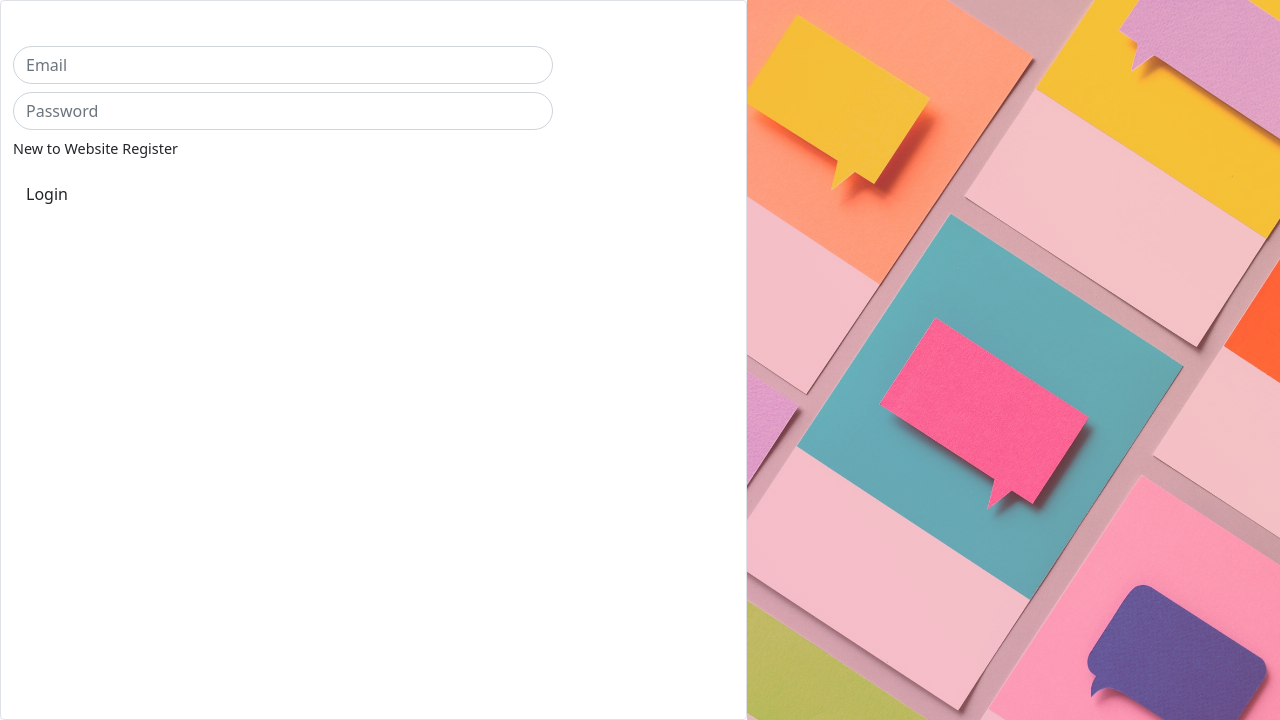
Repository: SaudCh/React-login
Page: /login
The author's editor kept a copy of each file at every save. The page is drawn from the files as they stood at one save, then again after the next save.
The browser window is 1280 px wide. The pictures show the whole page.
The project was rebuilt for these pictures with package versions that can differ from the ones it lists, and the page was loaded fresh each time. Also part of the build but not shown: src/Components/Register/RegsiterCss.js, src/Components/Register/RegisterValidation.js, src/Components/Register/Register.jsx, src/Components/Home/Home.jsx.

Above is the page before, as saved 2022-02-06 12:21:44.

### src/App.js
import Login from './Components/Login/Login';
import Register from './Components/Register/Register'
import '../node_modules/bootstrap/dist/css/bootstrap.min.css'
import { Routes, Route } from 'react-router-dom'
import Home from './Components/Home/Home';

function App() {
  return (
    <Routes>
      <Route path="login" element={<Login />} />
      <Route path="register" element={<Register />} />
      <Route path="/" element={<Home />} />
      <Route path="*" element={<Register />} />
    </Routes >
  );
}

export default App;

### src/Components/Login/Login.jsx
import React, { useState } from "react";
import "./Login.css";
import { formStyle } from "./logincss";
import axios from "axios";
import { loginValidation } from "./loginValidation";

export default function Login() {
  const [email, setEmail] = useState();
  const [password, setPassword] = useState();
  const [error, setError] = useState("");

  const formSubmit = (e) => {
    setError("");
    e.preventDefault();
    const data = {
      email: email,
      password: password,
    };

    const errors = loginValidation(data);

    if (Object.keys(errors).length !== 0) {
      setError(errors);
      return;
    }

    axios
      .post("http://localhost:5000/api/user/login", data)
      .then(function (response) {
        console.log(response);
      })
      .catch(function (error) {
        let err;
        if (error.response) {
          err = error.response.data.message;
        } else if (error.request) {
          err = error.toJSON().message;
        } else {
          err = error.message;
        }
        setError({ api: err });
      });
  };

  return (
    <div>
      <div className="container-fluid">
        <div className="row">
          <div className="col-10 col-md-7 border rounded">
            <form onSubmit={formSubmit} className="col-9">
              {error.api && <p className="text-danger p-0 m-0">{error.api}</p>}
              <div className="my-2">
                <h4 className="text-white">Login </h4>
              </div>
              <div className="form-group my-2">
                <input
                  style={formStyle}
                  value={email}
                  onChange={(email) => setEmail(email.target.value)}
                  type="email"
                  class="form-control"
                  id="email"
                  placeholder={"Email"}
                />
                {error.email && (
                  <p className="text-danger p-0 m-0">{error.email}</p>
                )}
              </div>
              <div className="form-group my-2">
                <input
                  style={formStyle}
                  value={password}
                  onChange={(password) => setPassword(password.target.value)}
                  type="password"
                  class="form-control"
                  id="password"
                  placeholder="Password"
                />
                {error.password && (
                  <p className="text-danger p-0 m-0">{error.password}</p>
                )}
              </div>
              <div className="my-2">
                <div>
                  <p className="align-right" style={{ fontSize: "0.9rem" }}>
                    New to Website <span>Register</span>
                  </p>
                </div>
                <button className="btn" style={{ backgroundColor: "white" }}>
                  Login
                </button>
              </div>
            </form>
          </div>
          <div className="col-md-5 login-background-image "></div>
        </div>
      </div>
    </div>
  );
}

### src/Components/Login/Login.css
:root {
  --primary: rgba(254, 113, 145, 0.4);
  --secondary: rgba(255, 133, 133, 0.4);
}
.login-background-image {
  height: 100vh;
  width: 100vw;

  background: linear-gradient(to top right, var(--primary), var(--secondary)),
    url("../Images/back.jpg") no-repeat center center / cover;
}

input:hover,
input:active,
input:focus,
input:-webkit-autofill {
  outline: 0px !important;
  -webkit-appearance: none;
  box-shadow: none !important;
}
input:-webkit-autofill,
input:-webkit-autofill:focus {
  transition: background-color 600000s 0s, color 600000s 0s;
}

### src/Components/Login/logincss.js
export const formStyle = {
    backgroundColor: "transparent",
    borderRadius: 25,
};

### src/Components/Login/loginValidation.js
export const loginValidation = (data) => {
    let errors = {};

    if (!data.email) {
        errors.email = "Email Is Required."
    }
    else if (!/\S+@\S+\.\S+/.test(data.email)) {
        errors.email = "Invalid Email"
    }
    if (!data.password) {
        errors.password = "Password is required."
    }
    else if (data.password.length < 6) {
        errors.password = "Password Must be more than Six Characters"
    }
    return errors;

}

### src/Components/Register/Register.css
.background-image {
  background-image: linear-gradient(rgba(0, 0, 0, 0.2), rgba(0, 0, 0, 0.2)),
    url("../Images/back.jpg");
  background-position: center;
  background-repeat: no-repeat;
  background-size: cover;

  height: 100vh;
  justify-content: center;
  align-items: center;

  position: relative;
  z-index: 1;
}
.background-image::before {
  content: "";
  position: absolute;
  background: inherit;
  top: 0;
  bottom: 0;
  left: 0;
  right: 0;
  filter: blur(1px);
  z-index: -1;
}

.background-text {
  padding: 20px 0px;
  display: flex;
  justify-content: center;
  align-items: center;

  box-shadow: 0 0 1rem 0 rgba(0, 0, 0, 0.2);
  position: relative;
  background: inherit;
  z-index: 1;
}
.background-text::before {
  content: "";
  position: absolute;
  background: inherit;
  top: 0;
  bottom: 0;
  left: 0;
  right: 0;
  box-shadow: inset 0 0 2000px rgba(255, 255, 255, 0.3);
  /* filter: blur(1px); */
  z-index: -1;
}

input:hover,
input:active,
input:focus,
input:-webkit-autofill {
  outline: 0px !important;
  -webkit-appearance: none;
  box-shadow: none !important;
}
input:-webkit-autofill,
input:-webkit-autofill:focus {
  transition: background-color 600000s 0s, color 600000s 0s;
}

Loaded but not shown: public/index.html (common file); src/index.js (common file); src/index.css (common file); src/reportWebVitals.js (common file)

After the next save:
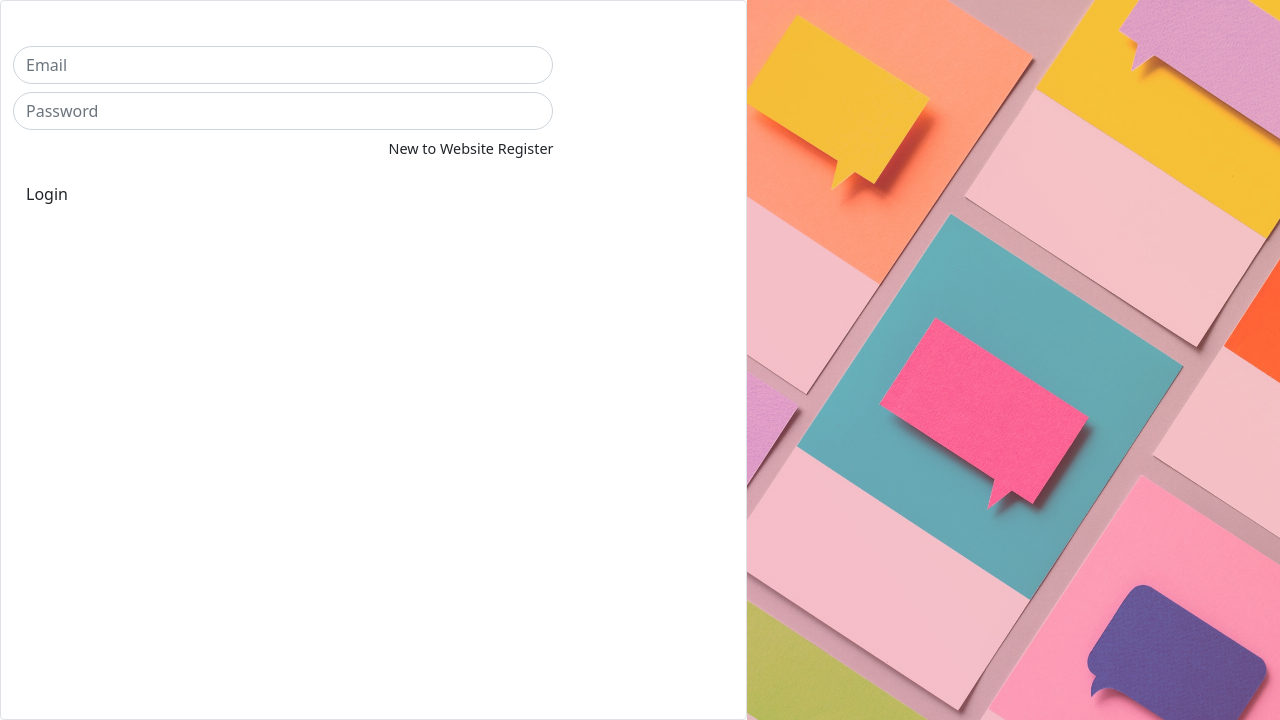
Saved 56 s later.
--- a/src/Components/Login/Login.jsx
+++ b/src/Components/Login/Login.jsx
@@ -82,7 +82,7 @@ export default function Login() {
               </div>
               <div className="my-2">
                 <div>
-                  <p className="align-right" style={{ fontSize: "0.9rem" }}>
+                  <p className="text-end" style={{ fontSize: "0.9rem" }}>
                     New to Website <span>Register</span>
                   </p>
                 </div>
